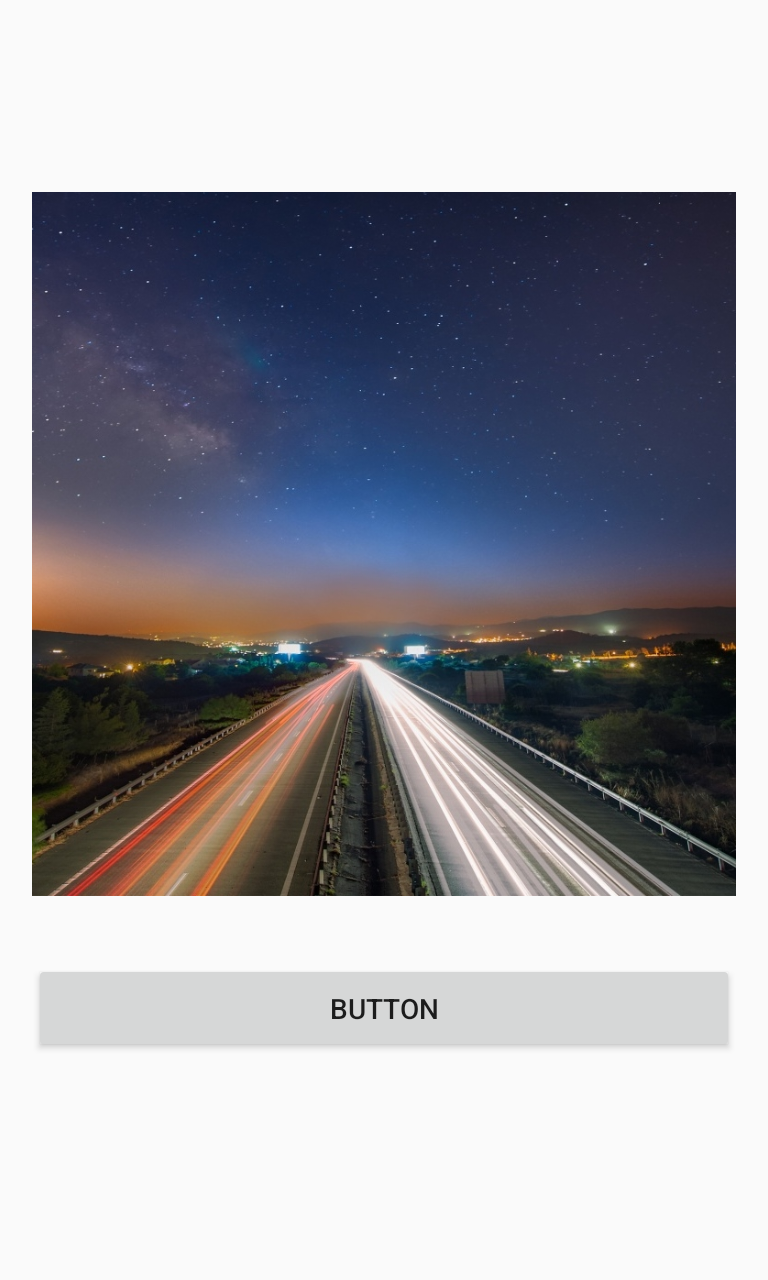
Repository: MarcSelles/nPuzzle10447768
Layout: NPuzzle10447768/res/layout/activity_playing.xml
These files come from the project's save history. The layout is drawn as it stood at one moment and after the next save; the edit follows.
It is drawn on a 768 x 1280 px phone screen (xhdpi) without system bars, with theme AppTheme; the app's code is not run.

Above is the layout before, as saved 2014-11-23 15:39:37.

After the next save:
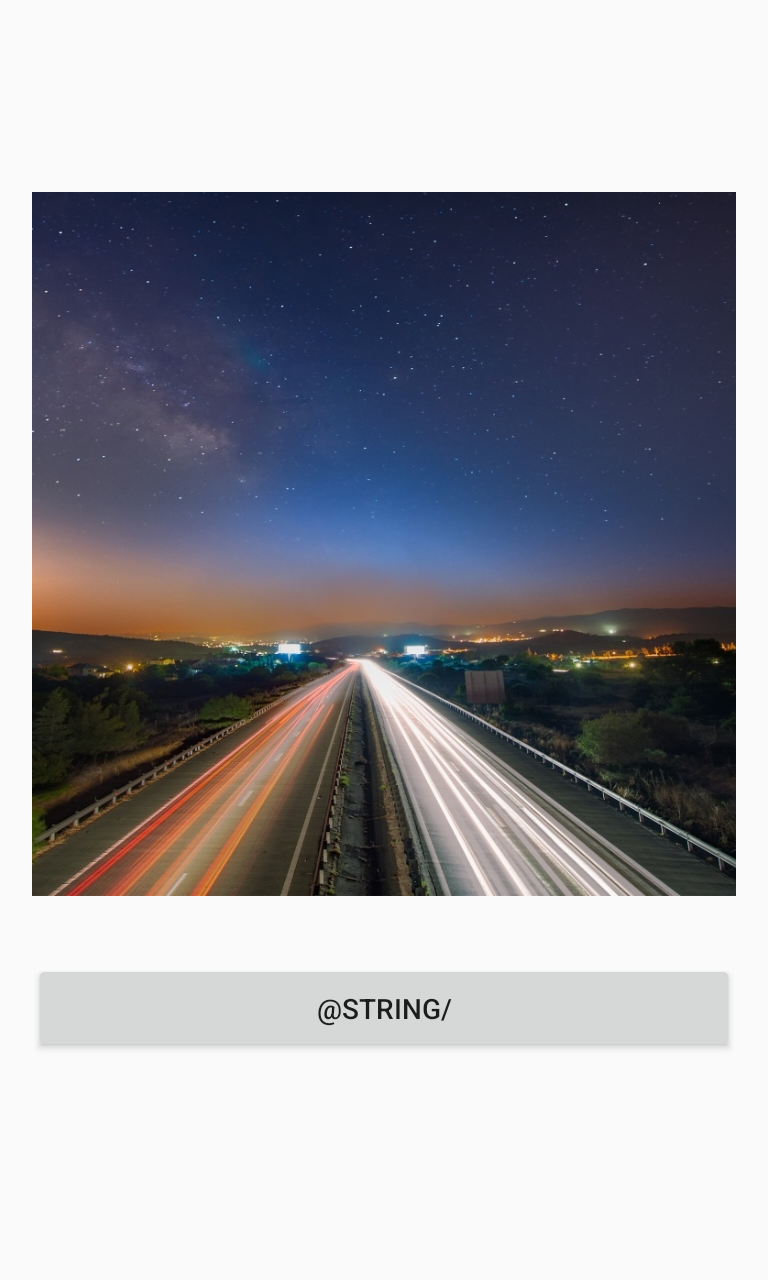
Saved 84 s later.
--- a/NPuzzle10447768/res/layout/activity_playing.xml
+++ b/NPuzzle10447768/res/layout/activity_playing.xml
@@ -23,6 +23,6 @@
         android:layout_alignBottom="@+id/imageView1"
         android:layout_alignLeft="@+id/imageView1"
         android:layout_alignRight="@+id/imageView1"
-        android:text="Button" />
+        android:text="@string/" />
 
 </RelativeLayout>
